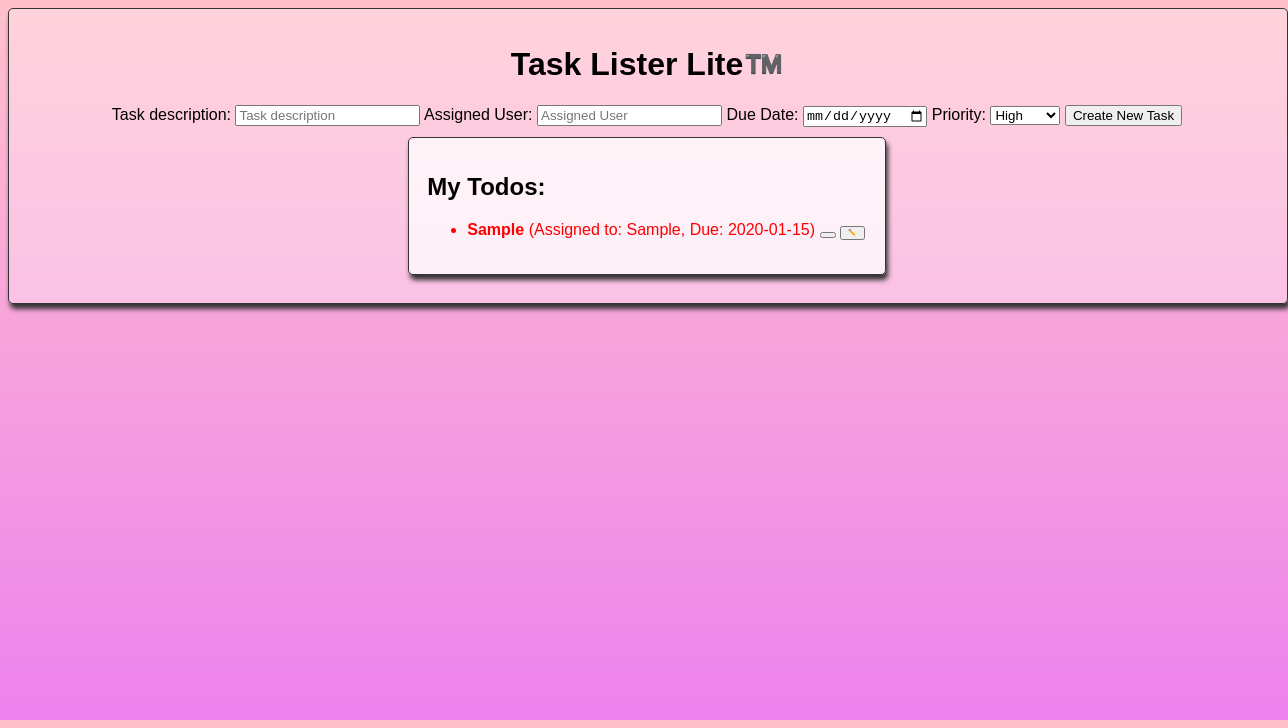
Repository: PEEZYBEE/phase-1-tasklister-mini-project
Page: index.html
These files come from the project's save history. The page is drawn as it stood at one moment and after the next save; the edit follows.
The browser window is 1280 px wide. The page is 1288 px wide, so the pictures cover 1288 px, including what lies to the right of the window. The pictures show the whole page.
Empty fields were first filled with sample values (such as "Sample", 5 or name@example.com).
After loading, the first visible `#create-task-form` was submitted once.

Above is the page before, as saved 2025-03-16 19:57:23.

### index.html
<!DOCTYPE HTML>
<html lang="en">
<head>
  <meta charset="UTF-8">
  <title>Task Lister</title>
  <link rel="stylesheet" href="./style.css">
</head>
<body>
  <div id="main-content">
    <h1>Task Lister Lite™️</h1>

    <form id="create-task-form" action="" method="POST">
      <label for="new-task-description">Task description:</label>
      <input type="text" id="new-task-description" placeholder="Task description">

      <label for="task-user">Assigned User:</label>
      <input type="text" id="task-user" placeholder="Assigned User">

      <label for="task-due-date">Due Date:</label>
      <input type="date" id="task-due-date">

      <label for="task-priority">Priority:</label>
      <select id="task-priority">
        <option value="high">High</option>
        <option value="medium">Medium</option>
        <option value="low">Low</option>
      </select>

      <input type="submit" value="Create New Task">
    </form>

    <div id="list">
      <h2>My Todos:</h2>
      <ul id="tasks">
      </ul>
    </div>
  </div>

  <script src="./src/index.js"></script>
</body>
</html>

### style.css
html {
  height: 100%;
  width: 100%;
  font-family: "Titillium Web", sans-serif;
}

body {
  min-height: 100%;
  min-width: 100%;
  background: linear-gradient(pink, violet);
}

button {
  font-size: 7px;
}

#main-content {
  position: relative;
  display: flex;
  justify-content: center;
  align-items: center;
  flex-direction: column;
  border: 1px solid #333;
  background: rgba(255, 255, 255, 0.3);
  padding: 15px 20px 18px 18px;
  border-radius: 5px;
  box-shadow: 2px 5px 5px #333;
}

#list {
  margin: 10px;
  border: 1px solid #333;
  background: rgba(255, 255, 255, 0.75);
  padding: 15px 20px 18px 18px;
  border-radius: 5px;
  box-shadow: 2px 5px 5px #333;
}

### src/index.js
document.addEventListener("DOMContentLoaded", () => {
  const taskForm = document.querySelector("#create-task-form");
  const taskListContainer = document.querySelector("#tasks");

  taskForm.addEventListener("submit", function (event) {
    event.preventDefault();

    const taskDescription = document.querySelector("#new-task-description").value.trim();
    const assignedUser = document.querySelector("#task-user").value.trim();
    const dueDate = document.querySelector("#task-due-date").value.trim();
    const priority = document.querySelector("#task-priority").value;

    if (taskDescription === "") return; // Don't submit if no task description

    const newTaskItem = createTaskItem(taskDescription, assignedUser, dueDate, priority);
    taskListContainer.appendChild(newTaskItem);

    resetFormFields();
    sortTasksByPriority();
  });

  function createTaskItem(description, user, due, priority) {
    const taskItem = document.createElement("li");
    taskItem.innerHTML = `<strong>${description}</strong> (Assigned to: ${user}, Due: ${due})
                          <button class="delete-btn"></button>
                          <button class="edit-btn">✏️</button>`;

    applyPriorityStyle(taskItem, priority);
    taskItem.dataset.priority = priority;

    addDeleteHandler(taskItem);
    addEditHandler(taskItem);

    return taskItem;
  }

  function applyPriorityStyle(taskItem, priority) {
    switch (priority) {
      case "high":
        taskItem.style.color = "red";
        break;
      case "medium":
        taskItem.style.color = "orange";
        break;
      case "low":
        taskItem.style.color = "green";
        break;
      default:
        taskItem.style.color = "black";
    }
  }

  function addDeleteHandler(taskItem) {
    taskItem.querySelector(".delete-btn").addEventListener("click", () => {
      taskItem.remove();
    });
  }

  function addEditHandler(taskItem) {
    taskItem.querySelector(".edit-btn").addEventListener("click", () => {
      const updatedDescription = prompt("Edit task:", taskItem.querySelector("strong").textContent);
      if (updatedDescription) {
        taskItem.querySelector("strong").textContent = updatedDescription;
      }
    });
  }

  function resetFormFields() {
    document.querySelector("#new-task-description").value = "";
    document.querySelector("#task-user").value = "";
    document.querySelector("#task-due-date").value = "";
  }

  function sortTasksByPriority() {
    const tasksArray = Array.from(taskListContainer.children);
    tasksArray.sort((a, b) => {
      const priorityLevels = { high: 1, medium: 2, low: 3 };
      return priorityLevels[a.dataset.priority] - priorityLevels[b.dataset.priority];
    });

    taskListContainer.innerHTML = "";
    tasksArray.forEach(task => taskListContainer.appendChild(task));
  }
});

After the next save:
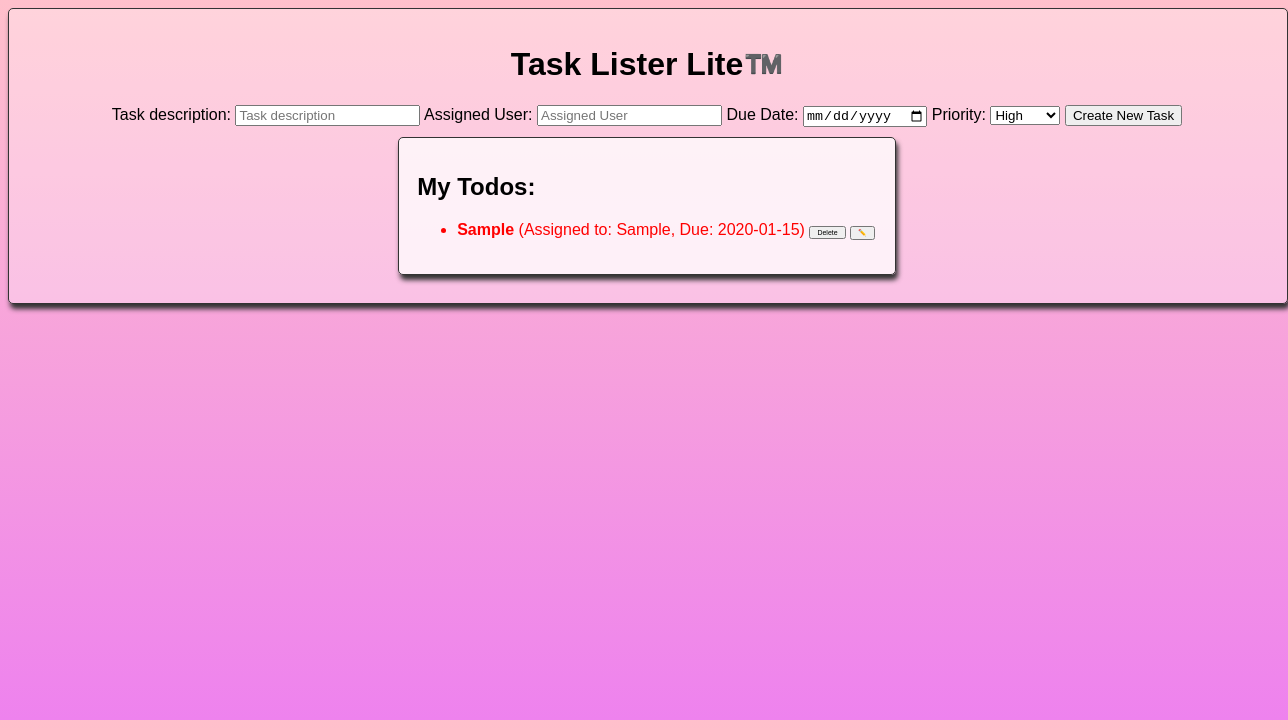
Saved 4 s later.
--- a/src/index.js
+++ b/src/index.js
@@ -22,7 +22,7 @@ document.addEventListener("DOMContentLoaded", () => {
   function createTaskItem(description, user, due, priority) {
     const taskItem = document.createElement("li");
     taskItem.innerHTML = `<strong>${description}</strong> (Assigned to: ${user}, Due: ${due})
-                          <button class="delete-btn"></button>
+                          <button class="delete-btn">Delete</button>
                           <button class="edit-btn">✏️</button>`;
 
     applyPriorityStyle(taskItem, priority);
